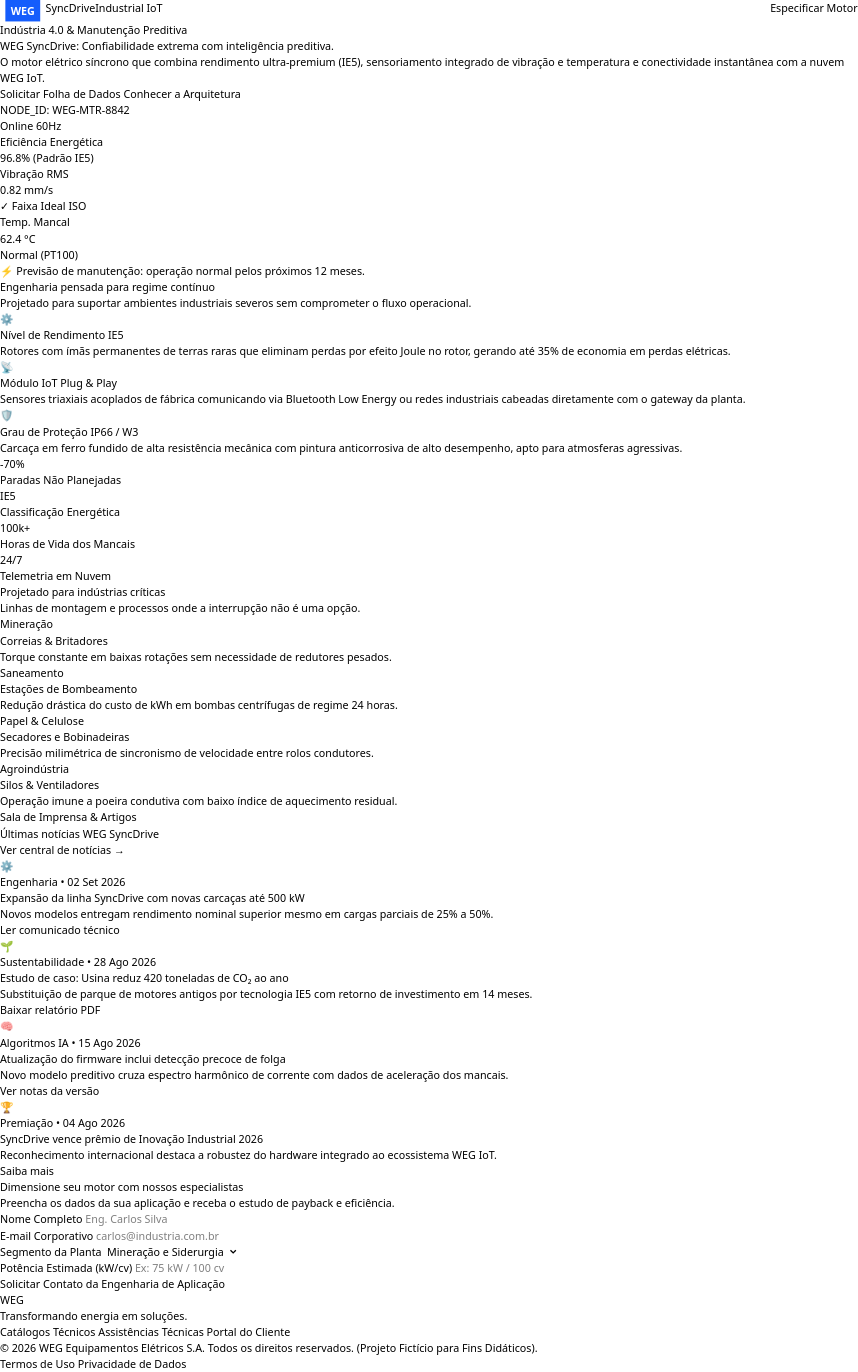
Repository: PatriciaHorst/tailwind-base
Page: index.html
These files come from the project's save history. The page is drawn as it stood at one moment and after the next save; the edit follows.
The browser window is 1280 px wide. The pictures show the whole page, at 67% of full size.

Above is the page before, as saved 2026-09-08 18:50:26.

### index.html
<!DOCTYPE html>
<html lang="pt-BR">
<head>
  <meta charset="UTF-8">
  <meta name="viewport" content="width=device-width, initial-scale=1.0">
  <title>WEG SyncDrive IoT - Exercício Tailwind CSS</title>
  <script src="https://cdn.jsdelivr.net/npm/@tailwindcss/browser@4"></script>
</head>
<body>

  <!-- ==========================================
       1. HEADER / NAVBAR
       Desafio:
       - Fixar no topo (sticky top-0) com fundo translúcido/blur.
       - Logo WEG em destaque com fundo azul industrial.
       - Menu oculto em telas pequenas e visível em lg:.
  =========================================== -->
  <header>
    <div class="flex flex-row justify-between">
      <div class="flex flex-row justify-between" >
        <div class="bg-blue-600 font-black text-white px-2 py-1 mx-2 py-1">
          WEG
        </div>
        <div class="flex " >
          <span>SyncDrive</span>
          <span>Industrial IoT</span>
        </div>
      </div>

      <nav class="hidden">
        <a href="#solucao">A Solução</a>
        <a href="#recursos">Tecnologia</a>
        <a href="#metricas">Performance</a>
        <a href="#aplicacoes">Aplicações</a>
        <a href="#novidades">Notícias</a>
      </nav>

      <div>
        <a class="hidden" href="#contato">Falar com Consultor</a>
        <a href="#contato">Especificar Motor</a>
      </div>
    </div>
  </header>

  <main>
    <!-- ==========================================
         2. HERO SECTION
         Desafio:
         - Layout em grid de 2 colunas no desktop (texto + painel de telemetria).
         - Centralizado no mobile, alinhado à esquerda em lg:.
         - Estilizar o card escuro de telemetria com badges e status.
    =========================================== -->
    <section id="solucao">
      <div>
        <div>

          <!-- Coluna 1: Conteúdo Textual -->
          <div>
            <span>Indústria 4.0 & Manutenção Preditiva</span>
            <h1>WEG SyncDrive: Confiabilidade extrema com inteligência preditiva.</h1>
            <p>
              O motor elétrico síncrono que combina rendimento ultra-premium (IE5), sensoriamento integrado de vibração e temperatura e conectividade instantânea com a nuvem WEG IoT.
            </p>
            <div>
              <a href="#contato">Solicitar Folha de Dados</a>
              <a href="#recursos">Conhecer a Arquitetura</a>
            </div>
          </div>

          <!-- Coluna 2: Card de Telemetria IoT -->
          <div>
            <div>
              <div>
                <span>NODE_ID: WEG-MTR-8842</span>
                <div>
                  <span></span>
                  <span>Online 60Hz</span>
                </div>
              </div>

              <div>
                <div>
                  <span>Eficiência Energética</span>
                  <div>96.8% <span>(Padrão IE5)</span></div>
                </div>

                <div>
                  <div>
                    <span>Vibração RMS</span>
                    <div>0.82 mm/s</div>
                    <span>✓ Faixa Ideal ISO</span>
                  </div>
                  <div>
                    <span>Temp. Mancal</span>
                    <div>62.4 °C</div>
                    <span>Normal (PT100)</span>
                  </div>
                </div>

                <div>
                  ⚡ Previsão de manutenção: operação normal pelos próximos 12 meses.
                </div>
              </div>
            </div>
          </div>

        </div>
      </div>
    </section>

    <!-- ==========================================
         3. RECURSOS / ESPECIFICAÇÕES TÉCNICAS
         Desafio:
         - Grid responsivo de 3 colunas (1 col mobile, 3 cols desktop).
         - Efeito hover nos cards com transição suave de borda ou sombra.
    =========================================== -->
    <section id="recursos">
      <div>
        <div>
          <h2>Engenharia pensada para regime contínuo</h2>
          <p>Projetado para suportar ambientes industriais severos sem comprometer o fluxo operacional.</p>
        </div>

        <div>
          <article>
            <div>⚙️</div>
            <h3>Nível de Rendimento IE5</h3>
            <p>Rotores com ímãs permanentes de terras raras que eliminam perdas por efeito Joule no rotor, gerando até 35% de economia em perdas elétricas.</p>
          </article>

          <article>
            <div>📡</div>
            <h3>Módulo IoT Plug & Play</h3>
            <p>Sensores triaxiais acoplados de fábrica comunicando via Bluetooth Low Energy ou redes industriais cabeadas diretamente com o gateway da planta.</p>
          </article>

          <article>
            <div>🛡️</div>
            <h3>Grau de Proteção IP66 / W3</h3>
            <p>Carcaça em ferro fundido de alta resistência mecânica com pintura anticorrosiva de alto desempenho, apto para atmosferas agressivas.</p>
          </article>
        </div>
      </div>
    </section>

    <!-- ==========================================
         4. MÉTRICAS / NÚMEROS INDUSTRIAIS
         Desafio:
         - Seção de alto contraste (fundo escuro slate-900).
         - Grid de 2 colunas no mobile e 4 colunas em telas maiores.
    =========================================== -->
    <section id="metricas">
      <div>
        <div>
          <div>
            <div>-70%</div>
            <div>Paradas Não Planejadas</div>
          </div>
          <div>
            <div>IE5</div>
            <div>Classificação Energética</div>
          </div>
          <div>
            <div>100k+</div>
            <div>Horas de Vida dos Mancais</div>
          </div>
          <div>
            <div>24/7</div>
            <div>Telemetria em Nuvem</div>
          </div>
        </div>
      </div>
    </section>

    <!-- ==========================================
         5. APLICAÇÕES INDUSTRIAIS
         Desafio:
         - Grid de 4 colunas adaptável (1 col mobile, 2 sm, 4 lg).
         - Uso de tags de categoria uppercase com tipografia reduzida.
    =========================================== -->
    <section id="aplicacoes">
      <div>
        <div>
          <h2>Projetado para indústrias críticas</h2>
          <p>Linhas de montagem e processos onde a interrupção não é uma opção.</p>
        </div>

        <div>
          <div>
            <span>Mineração</span>
            <h4>Correias & Britadores</h4>
            <p>Torque constante em baixas rotações sem necessidade de redutores pesados.</p>
          </div>

          <div>
            <span>Saneamento</span>
            <h4>Estações de Bombeamento</h4>
            <p>Redução drástica do custo de kWh em bombas centrífugas de regime 24 horas.</p>
          </div>

          <div>
            <span>Papel & Celulose</span>
            <h4>Secadores e Bobinadeiras</h4>
            <p>Precisão milimétrica de sincronismo de velocidade entre rolos condutores.</p>
          </div>

          <div>
            <span>Agroindústria</span>
            <h4>Silos & Ventiladores</h4>
            <p>Operação imune a poeira condutiva com baixo índice de aquecimento residual.</p>
          </div>
        </div>
      </div>
    </section>

    <!-- ==========================================
         6. NOVIDADES / NOTÍCIAS (4 ITENS)
         Desafio:
         - Cabeçalho com alinhamento justify-between.
         - 4 cards em grid: 1 col (mobile), 2 cols (md), 4 cols (lg).
         - Imagem/banner visual com gradiente em cada notícia.
         - Flexbox nos cards para fixar o link de leitura no rodapé.
    =========================================== -->
    <section id="novidades">
      <div>

        <div>
          <div>
            <span>Sala de Imprensa & Artigos</span>
            <h2>Últimas notícias WEG SyncDrive</h2>
          </div>
          <a href="#">Ver central de notícias →</a>
        </div>

        <div>
          <!-- Notícia 1 -->
          <article>
            <div>⚙️</div>
            <div>
              <div>
                <span>Engenharia</span>
                <span>•</span>
                <time>02 Set 2026</time>
              </div>
              <h3>
                <a href="#">Expansão da linha SyncDrive com novas carcaças até 500 kW</a>
              </h3>
              <p>Novos modelos entregam rendimento nominal superior mesmo em cargas parciais de 25% a 50%.</p>
              <a href="#">Ler comunicado técnico</a>
            </div>
          </article>

          <!-- Notícia 2 -->
          <article>
            <div>🌱</div>
            <div>
              <div>
                <span>Sustentabilidade</span>
                <span>•</span>
                <time>28 Ago 2026</time>
              </div>
              <h3>
                <a href="#">Estudo de caso: Usina reduz 420 toneladas de CO₂ ao ano</a>
              </h3>
              <p>Substituição de parque de motores antigos por tecnologia IE5 com retorno de investimento em 14 meses.</p>
              <a href="#">Baixar relatório PDF</a>
            </div>
          </article>

          <!-- Notícia 3 -->
          <article>
            <div>🧠</div>
            <div>
              <div>
                <span>Algoritmos IA</span>
                <span>•</span>
                <time>15 Ago 2026</time>
              </div>
              <h3>
                <a href="#">Atualização do firmware inclui detecção precoce de folga</a>
              </h3>
              <p>Novo modelo preditivo cruza espectro harmônico de corrente com dados de aceleração dos mancais.</p>
              <a href="#">Ver notas da versão</a>
            </div>
          </article>

          <!-- Notícia 4 -->
          <article>
            <div>🏆</div>
            <div>
              <div>
                <span>Premiação</span>
                <span>•</span>
                <time>04 Ago 2026</time>
              </div>
              <h3>
                <a href="#">SyncDrive vence prêmio de Inovação Industrial 2026</a>
              </h3>
              <p>Reconhecimento internacional destaca a robustez do hardware integrado ao ecossistema WEG IoT.</p>
              <a href="#">Saiba mais</a>
            </div>
          </article>
        </div>

      </div>
    </section>

    <!-- ==========================================
         7. FORMULÁRIO DE CONTATO / DIMENSIONAMENTO
         Desafio:
         - Inputs estilizados com focus rings.
         - Grid de formulário com campos em 2 colunas no desktop.
    =========================================== -->
    <section id="contato">
      <div>
        <div>
          <h2>Dimensione seu motor com nossos especialistas</h2>
          <p>Preencha os dados da sua aplicação e receba o estudo de payback e eficiência.</p>
        </div>

        <form>
          <div>
            <div>
              <label>Nome Completo</label>
              <input type="text" placeholder="Eng. Carlos Silva">
            </div>
            <div>
              <label>E-mail Corporativo</label>
              <input type="email" placeholder="carlos@industria.com.br">
            </div>
          </div>

          <div>
            <div>
              <label>Segmento da Planta</label>
              <select>
                <option>Mineração e Siderurgia</option>
                <option>Papel e Celulose</option>
                <option>Saneamento e Água</option>
                <option>Química e Petroquímica</option>
                <option>Alimentos e Bebidas</option>
              </select>
            </div>
            <div>
              <label>Potência Estimada (kW/cv)</label>
              <input type="text" placeholder="Ex: 75 kW / 100 cv">
            </div>
          </div>

          <button type="submit">Solicitar Contato da Engenharia de Aplicação</button>
        </form>
      </div>
    </section>
  </main>

  <!-- ==========================================
       8. RODAPÉ / FOOTER
       Desafio:
       - Layout corporativo com tipografia sutil.
       - Disposição em flexbox responsivo (colunas empilhadas no mobile, linha no desktop).
  =========================================== -->
  <footer>
    <div>
      <div>
        <div>
          <div>WEG</div>
          <span>Transformando energia em soluções.</span>
        </div>
        <div>
          <a href="#">Catálogos Técnicos</a>
          <a href="#">Assistências Técnicas</a>
          <a href="#">Portal do Cliente</a>
        </div>
      </div>
      <div>
        <p>© 2026 WEG Equipamentos Elétricos S.A. Todos os direitos reservados. (Projeto Fictício para Fins Didáticos).</p>
        <div>
          <a href="#">Termos de Uso</a>
          <a href="#">Privacidade de Dados</a>
        </div>
      </div>
    </div>
  </footer>

</body>
</html>

After the next save:
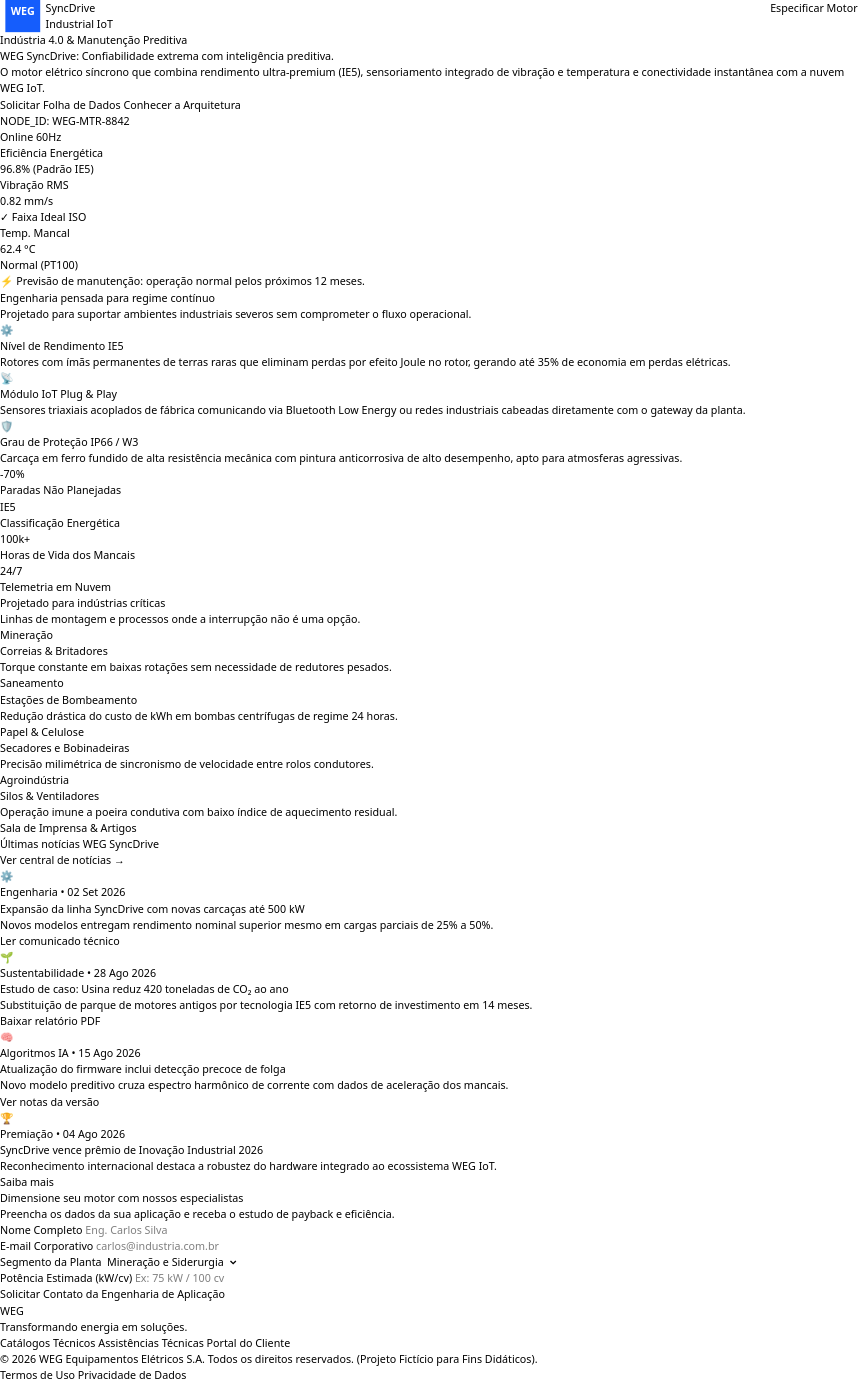
Saved 4 s later.
--- a/index.html
+++ b/index.html
@@ -21,7 +21,7 @@
         <div class="bg-blue-600 font-black text-white px-2 py-1 mx-2 py-1">
           WEG
         </div>
-        <div class="flex " >
+        <div class="flex flex-col" >
           <span>SyncDrive</span>
           <span>Industrial IoT</span>
         </div>
